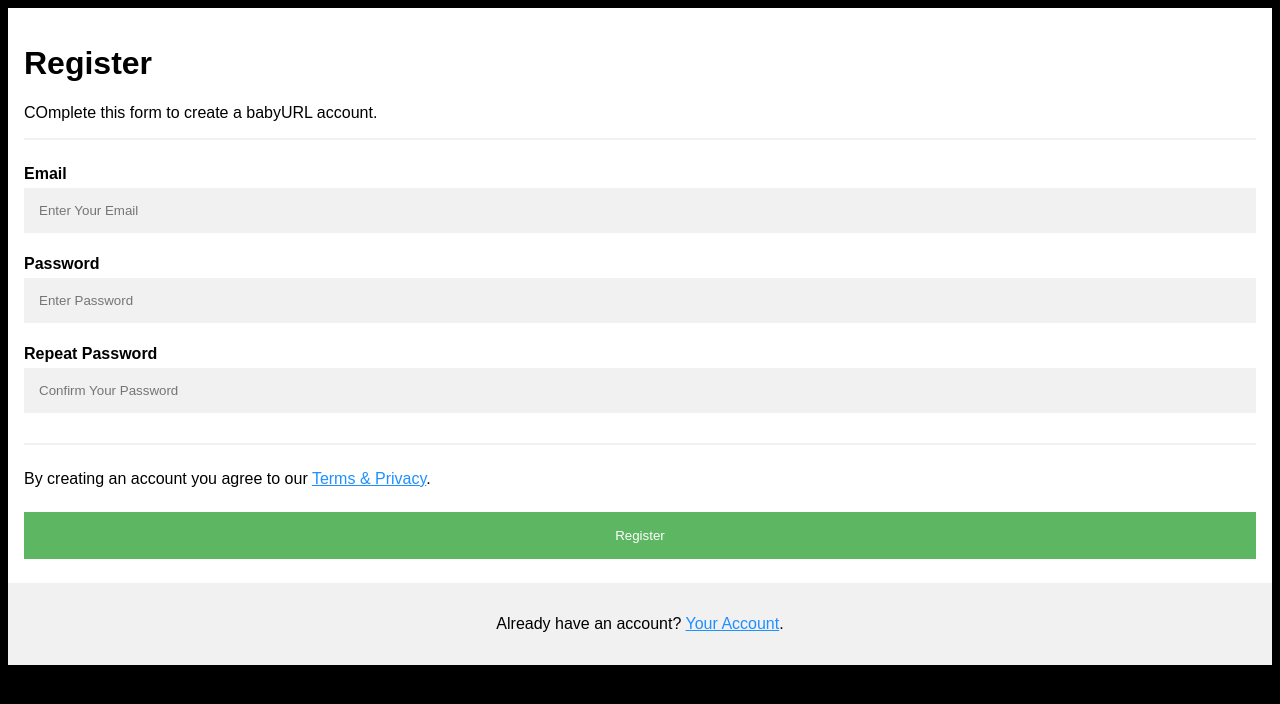
Repository: hrGuTou/babyURL
Page: Template/register.html
An editor plug-in stored every save of this project. The page is shown before and after the next save, followed by the edit.
The browser window is 1280 px wide. The pictures show the whole page.

Above is the page before, as saved 2020-08-20 21:09:58.

### Template/register.html
<!DOCTYPE html>
<html>
<head>
<meta name="viewport" content="width=device-width, initial-scale=1">
<style>
body {
  font-family: Arial, Helvetica, sans-serif;
  background-color: black;
}

* {
  box-sizing: border-box;
}

/* Add padding to containers */
.container {
  padding: 16px;
  background-color: white;
}

/* Full-width input fields */
input[type=text], input[type=password] {
  width: 100%;
  padding: 15px;
  margin: 5px 0 22px 0;
  display: inline-block;
  border: none;
  background: #f1f1f1;
}

input[type=text]:focus, input[type=password]:focus {
  background-color: #ddd;
  outline: none;
}

/* Overwrite default styles of hr */
hr {
  border: 1px solid #f1f1f1;
  margin-bottom: 25px;
}

/* Set a style for the submit button */
.registerbtn {
  background-color: #4CAF50;
  color: white;
  padding: 16px 20px;
  margin: 8px 0;
  border: none;
  cursor: pointer;
  width: 100%;
  opacity: 0.9;
}

.registerbtn:hover {
  opacity: 1;
}

/* Add a blue text color to links */
a {
  color: dodgerblue;
}

/* Set a grey background color and center the text of the "sign in" section */
.signin {
  background-color: #f1f1f1;
  text-align: center;
}
</style>
</head>
<body>

<form action="/action_page.php">
  <div class="container">
    <h1>Register</h1>
    <p>COmplete this form to create a babyURL account.</p>
    <hr>

    <label for="email"><b>Email</b></label>
    <input type="text" placeholder="Enter Your Email" name="email" id="email" required>

    <label for="psw"><b>Password</b></label>
    <input type="password" placeholder="Enter Password" name="psw" id="psw" required>

    <label for="psw-repeat"><b>Repeat Password</b></label>
    <input type="password" placeholder="Confirm Your Password" name="psw-repeat" id="psw-repeat" required>
    <hr>
    <p>By creating an account you agree to our <a href="#">Terms & Privacy</a>.</p>

    <button type="submit" class="registerbtn">Register</button>
  </div>

  <div class="container signin">
    <p>Already have an account? <a href="#">Your Account</a>.</p>
  </div>
</form>

</body>
</html>

After the next save:
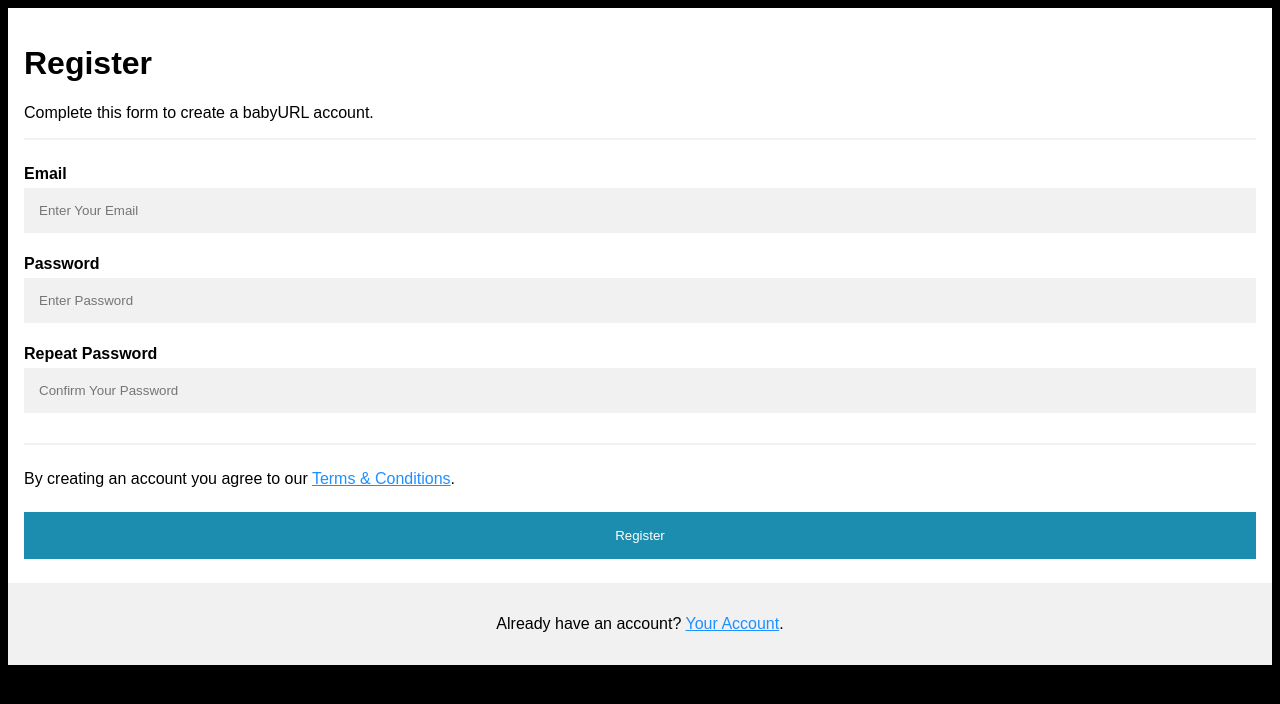
Saved 12 min 34 s later.
--- a/Template/register.html
+++ b/Template/register.html
@@ -2,6 +2,7 @@
 <html>
 <head>
 <meta name="viewport" content="width=device-width, initial-scale=1">
+<title>babyURL Account Registration</title>
 <style>
 body {
   font-family: Arial, Helvetica, sans-serif;
@@ -41,7 +42,7 @@
 
 /* Set a style for the submit button */
 .registerbtn {
-  background-color: #4CAF50;
+  background-color: #0581a7;
   color: white;
   padding: 16px 20px;
   margin: 8px 0;
@@ -52,7 +53,7 @@
 }
 
 .registerbtn:hover {
-  opacity: 1;
+  opacity: 5;
 }
 
 /* Add a blue text color to links */
@@ -72,7 +73,7 @@
 <form action="/action_page.php">
   <div class="container">
     <h1>Register</h1>
-    <p>COmplete this form to create a babyURL account.</p>
+    <p>Complete this form to create a babyURL account.</p>
     <hr>
 
     <label for="email"><b>Email</b></label>
@@ -84,7 +85,7 @@
     <label for="psw-repeat"><b>Repeat Password</b></label>
     <input type="password" placeholder="Confirm Your Password" name="psw-repeat" id="psw-repeat" required>
     <hr>
-    <p>By creating an account you agree to our <a href="#">Terms & Privacy</a>.</p>
+    <p>By creating an account you agree to our <a href="tbd">Terms & Conditions</a>.</p>
 
     <button type="submit" class="registerbtn">Register</button>
   </div>
